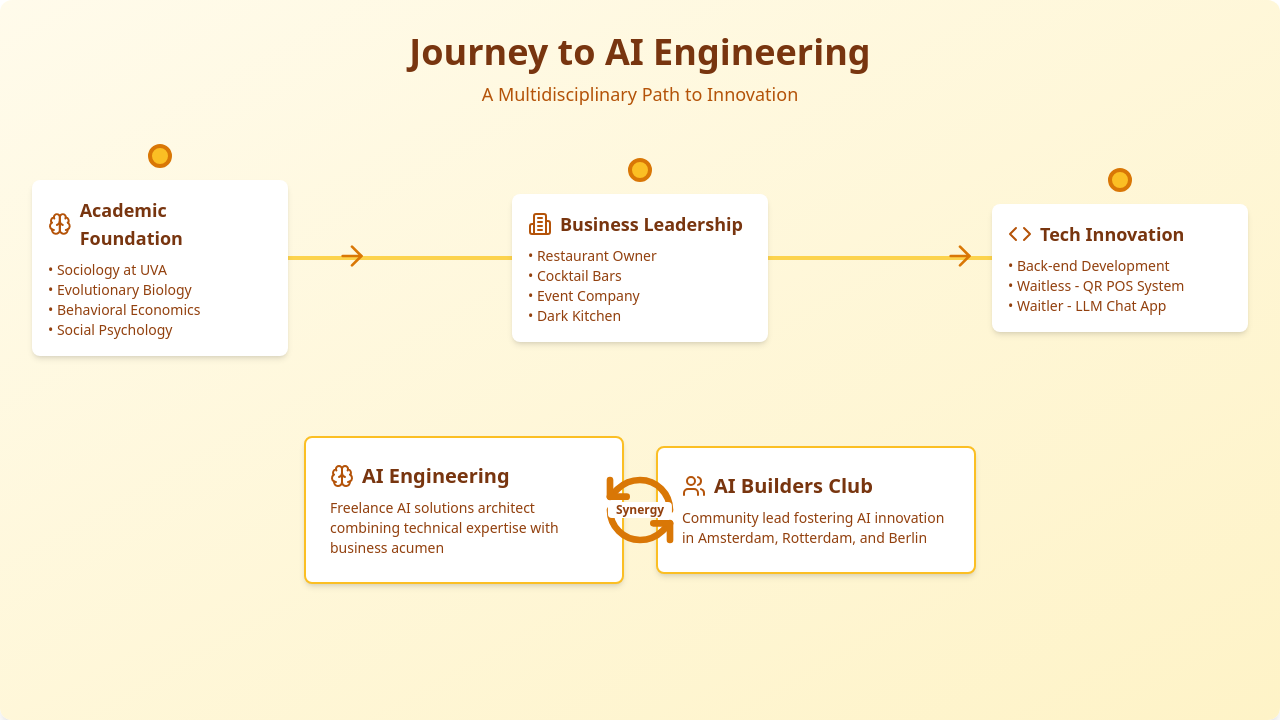
Repository: Galbaz1/dell_presentation
Page: /
An editor plug-in stored every save of this project. The page is shown before and after the next save, followed by the edit.
The browser window is 1280 px wide. The pictures show the whole page.
The project was rebuilt for these pictures with package versions that can differ from the ones it lists, and the page was loaded fresh each time. The framework's server and built-in components were replaced by stand-ins that run in the browser.

Above is the page before, as saved 2024-11-11 11:59:57.

After the next save:
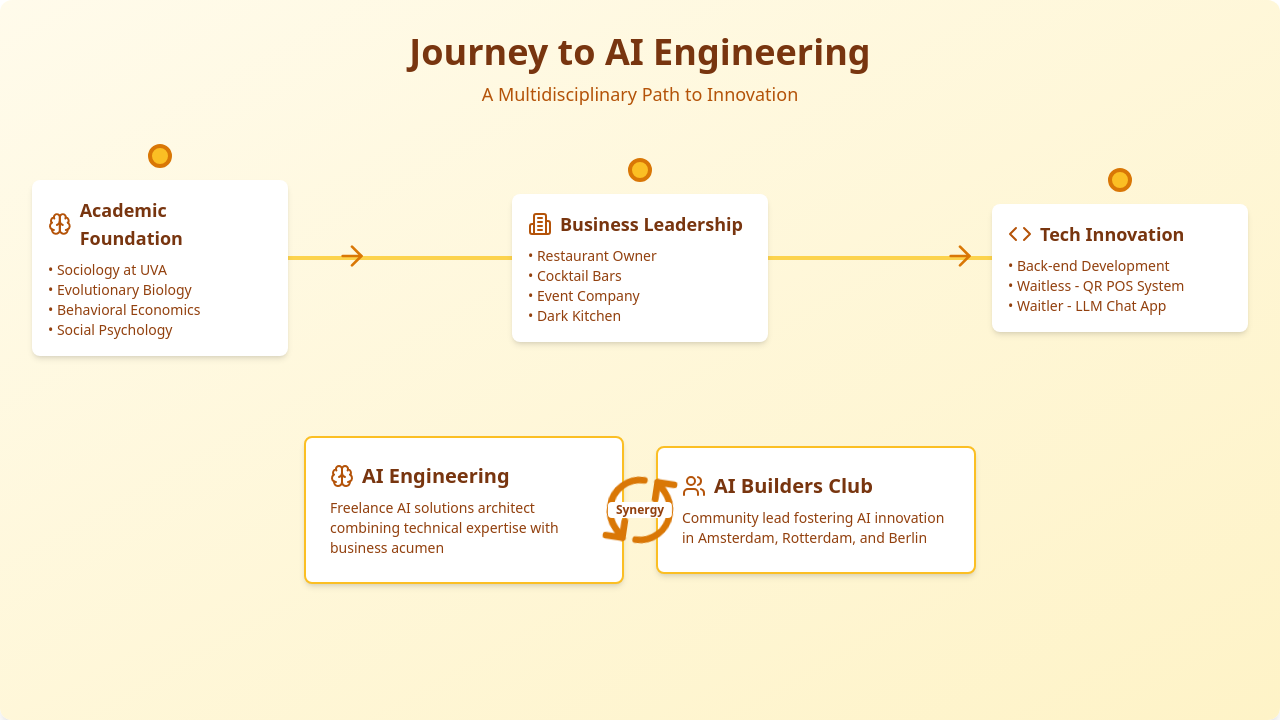
Saved 1 s later.
--- a/pages/_app.tsx
+++ b/pages/_app.tsx
@@ -1,4 +1,5 @@
 import '../styles/globals.css'
+import '../styles/speaker_intro.css'
 import type { AppProps } from 'next/app'
 
 function MyApp({ Component, pageProps }: AppProps) {
